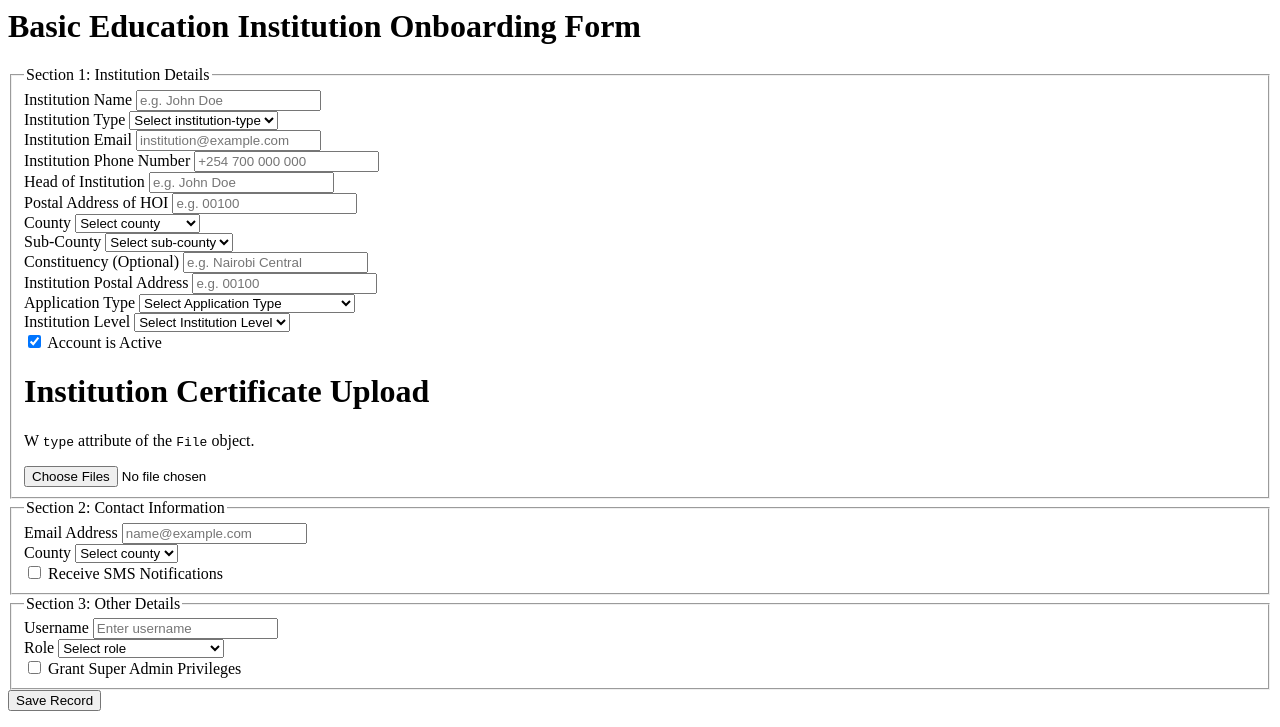
Repository: ndirituart/KEMIS
Page: angular-client/src/app/pages/basic-education/basic-education.html
An editor plug-in stored every save of this project. The page is shown before and after the next save, followed by the edit.
The browser window is 1280 px wide. The pictures show the whole page.

Above is the page before, as saved 2026-10-20 21:38:11.

After the next save:
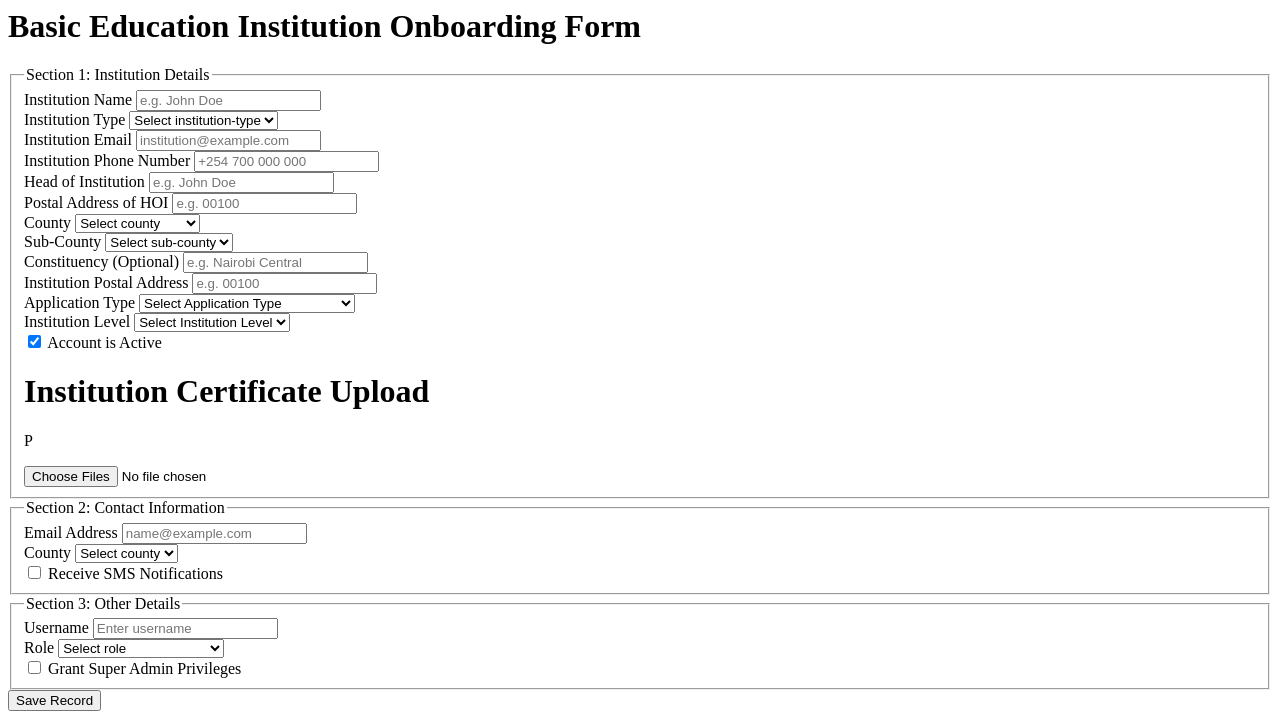
Saved 9 s later.
--- a/angular-client/src/app/pages/basic-education/basic-education.html
+++ b/angular-client/src/app/pages/basic-education/basic-education.html
@@ -158,7 +158,7 @@
       <!--Certificate Upload-->
       <div class="upload">
     <h1>Institution Certificate Upload</h1>
-    <p class="upload__description">W <code>type</code> attribute of the <code>File</code> object.</p>
+    <p class="upload__description">P</p>
     <input class="upload__input" id="certificate_pdf" type="file" multiple />
     <div class="upload__files">
     </div>
